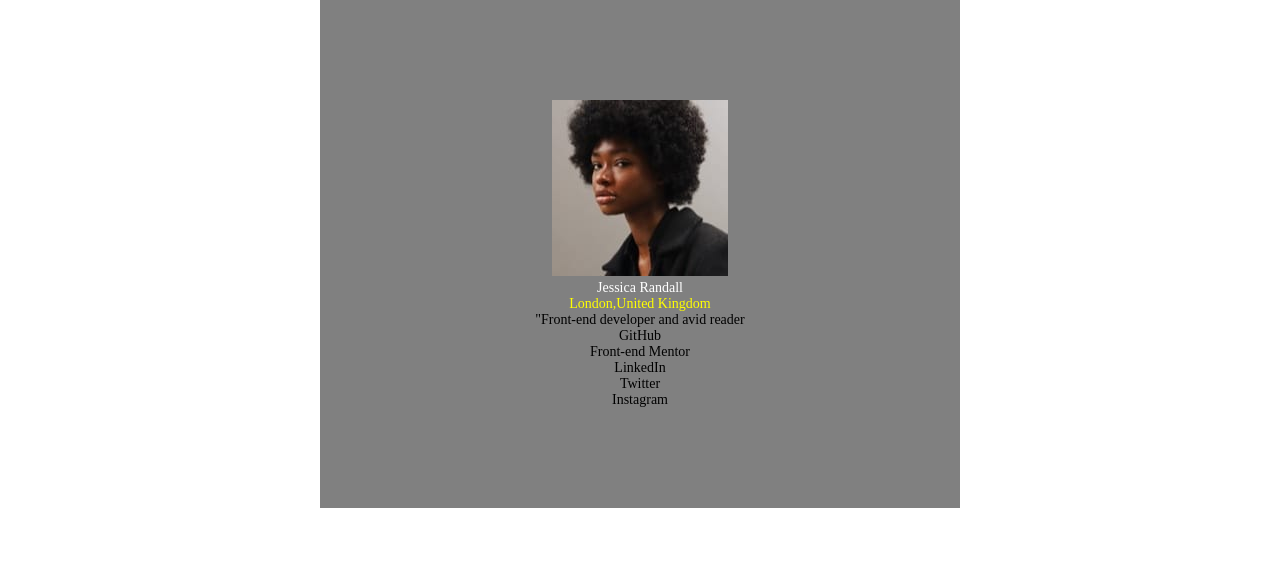
Repository: JosephAbatan05/Social-links-profile
Page: social-links-profile-main/index.html
An editor plug-in stored every save of this project. The page is shown before and after a run of saves, followed by the edit.
The browser window is 1280 px wide. The pictures show the whole page.

Above is the page before, as saved 2025-01-23 14:03:37.

After the next 2 saves:
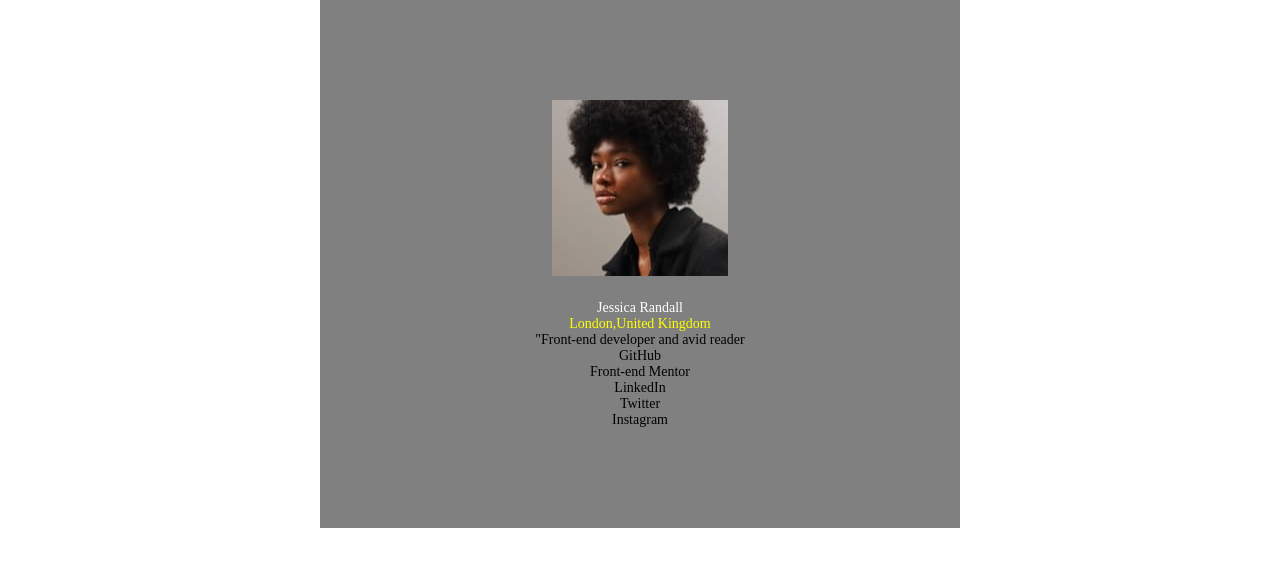
The 2 saves are shown as one change because they came seconds apart.
The last was saved 7 s later.
--- a/social-links-profile-main/styles.css
+++ b/social-links-profile-main/styles.css
@@ -17,7 +17,7 @@ body{
 }
 .container #name{
     color:white;
-    mar
+    margin-top: 20px;
 }
 .container .description{
     color:yellow;
